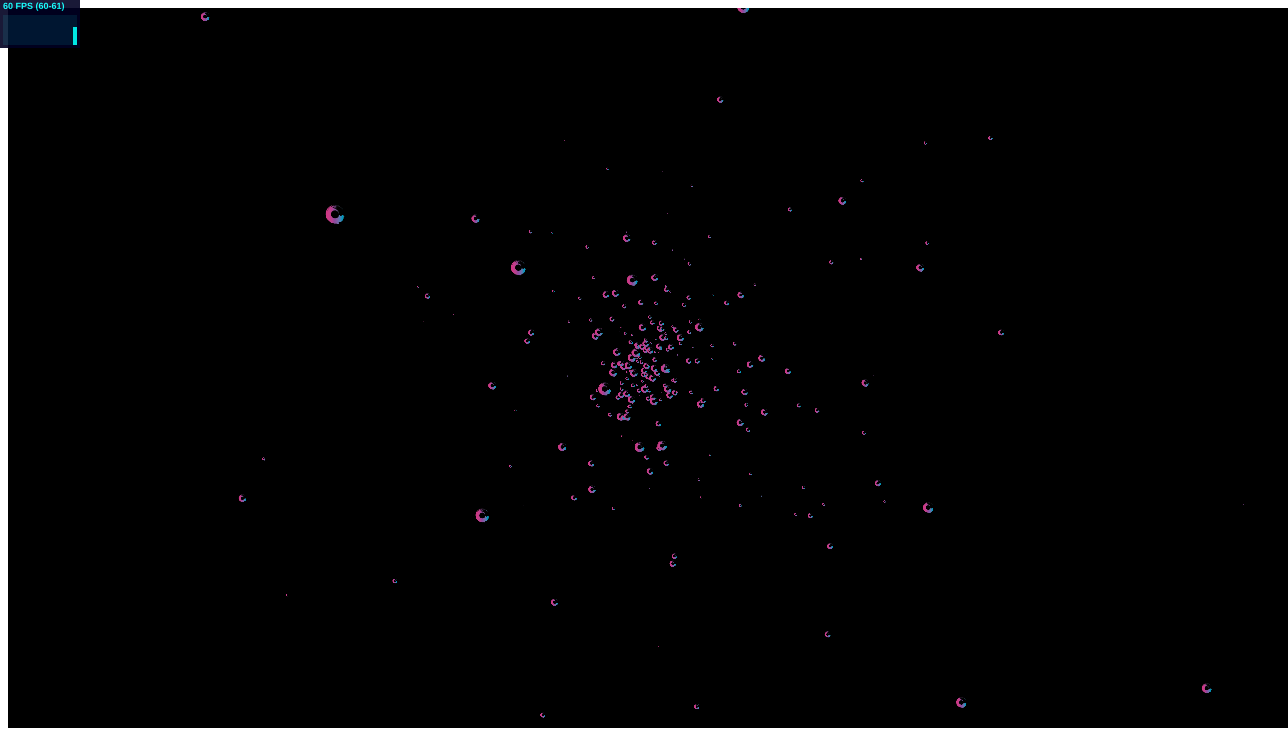
Repository: jocarsa/ThreeJSVJ
Page: index19.html
The author's editor kept a record of every edit. The page is drawn from the files as they stood at one moment, then again after the next edit.
The browser window is 1280 px wide. The page is 1288 px wide, so the pictures cover 1288 px, including what lies to the right of the window. The pictures show the whole page.

Above is the page before.

After the next edit:
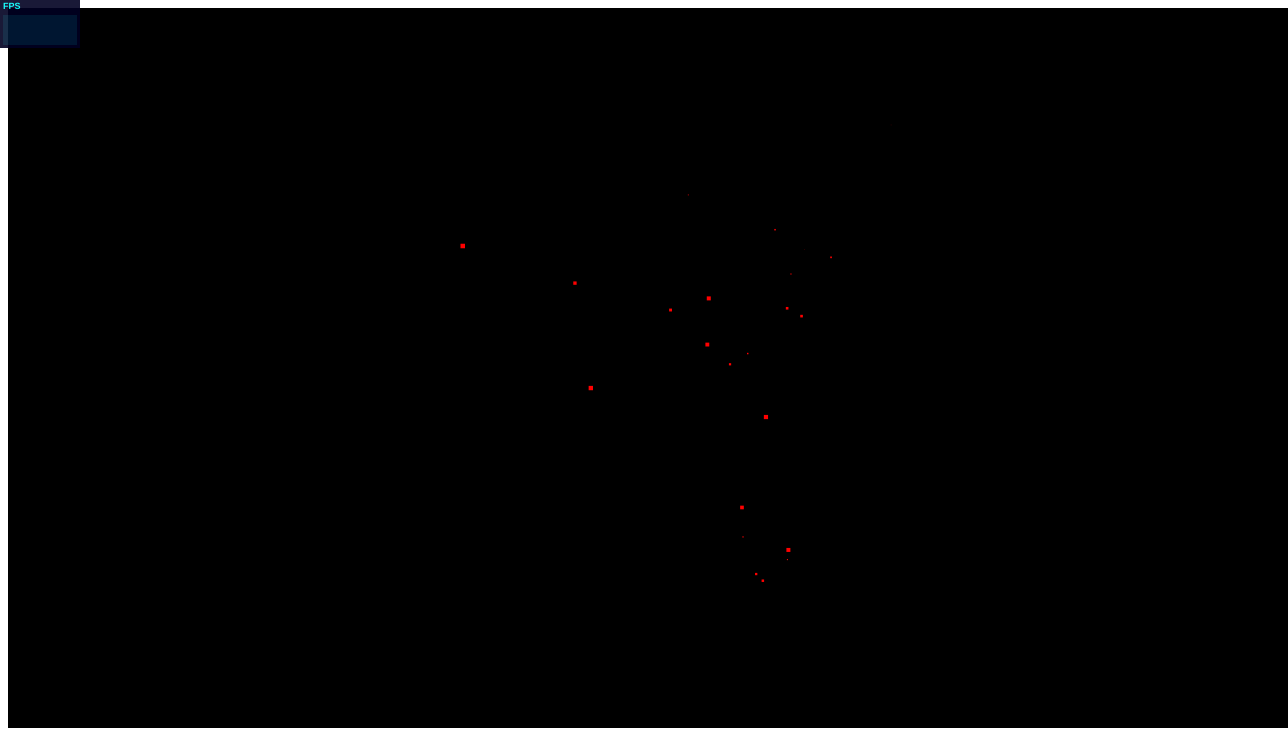
Console error: TypeError: material.color.getStyle is not a function
The edit:
--- a/index19.html
+++ b/index19.html
@@ -73,7 +73,7 @@
 					} );*/
 					var mitextura = THREE.ImageUtils.loadTexture("log.png");
 					var material = new THREE.SpriteMaterial( {
-						color:0xff0000,map:mitextura,program: program
+						 color: 0xff0000,program: program
 					} );
 					//var material = new THREE.MeshPhongMaterial({color:0xff0000})
 

After the edit that followed:
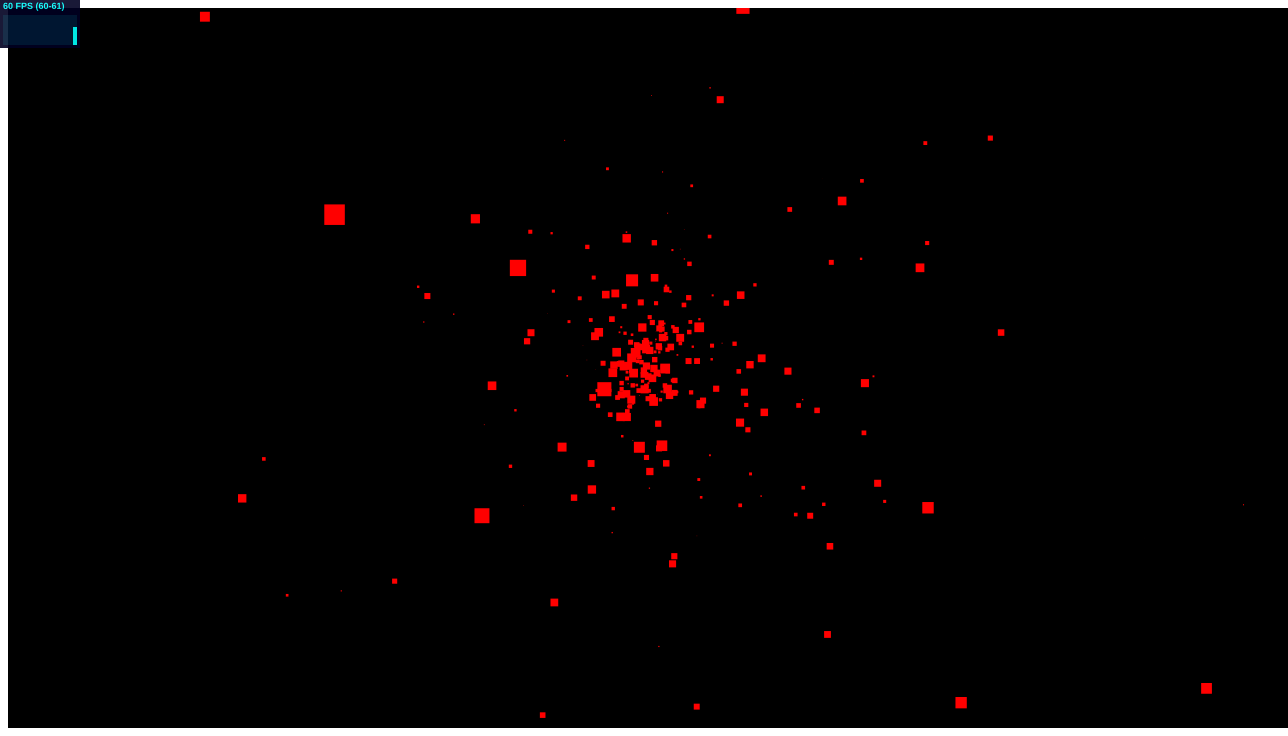
The error is gone.
The edit:
--- a/index19.html
+++ b/index19.html
@@ -62,7 +62,8 @@
 			        group.children[j].position.x *= multiplicador
 			        group.children[j].position.y *= multiplicador
 			        group.children[j].position.z *= multiplicador
-			        group.children[j].material.color *= multiplicamaterial;
+			        //group.children[j].material.color *= multiplicamaterial;
+			        group.children[j].material.color['r']
 
 			    }
 
